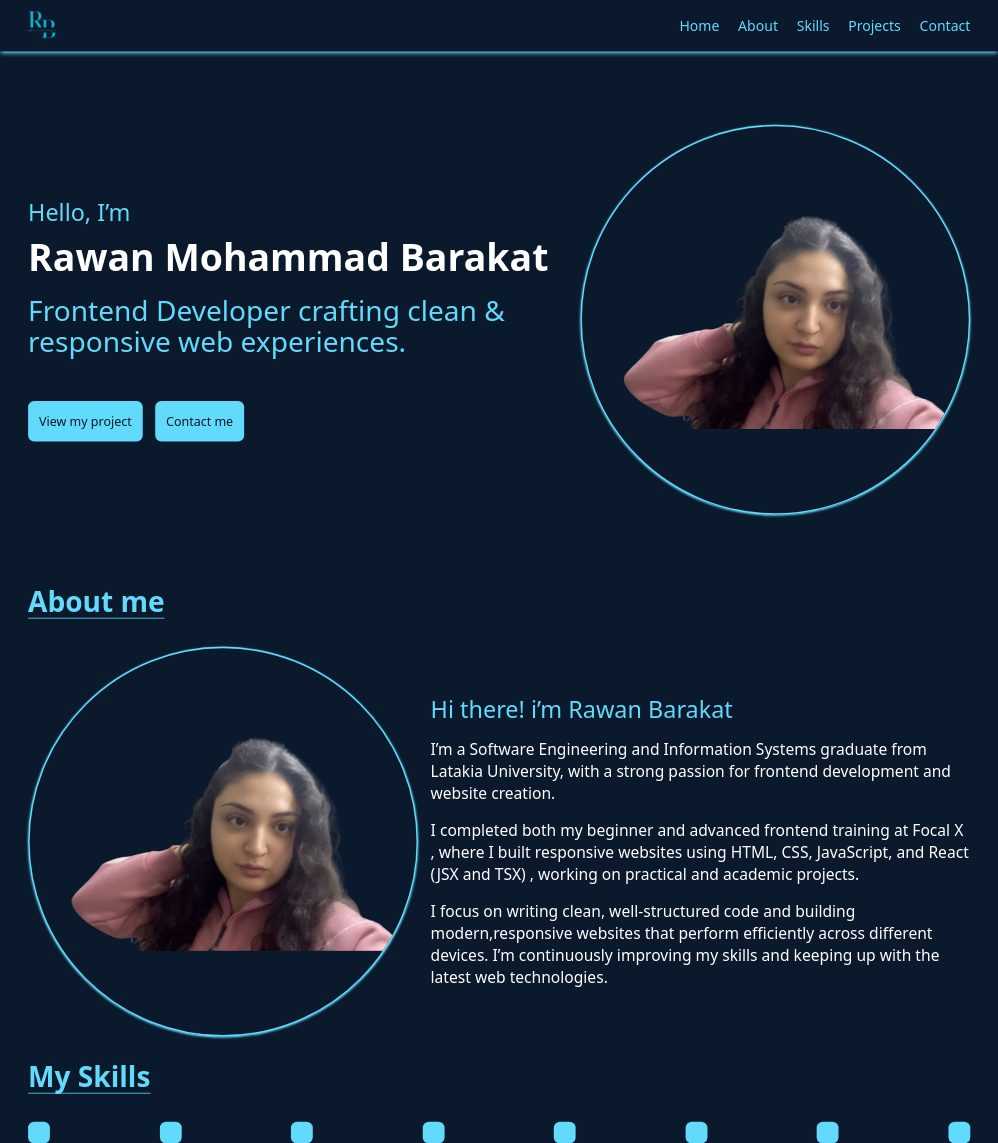
Repository: RawanBarakat-hub/portfolio
Page: /
An editor plug-in stored every save of this project. The page is shown before and after a run of saves, followed by the edit.
The browser window is 1280 px wide. The pictures show the whole page, at 78% of full size.
The project was rebuilt for these pictures with package versions that can differ from the ones it lists, and the page was loaded fresh each time. Also part of the build but not shown: vite.config.ts.

Above is the page before, as saved 2026-02-20 09:18:58.

After the next 12 saves:
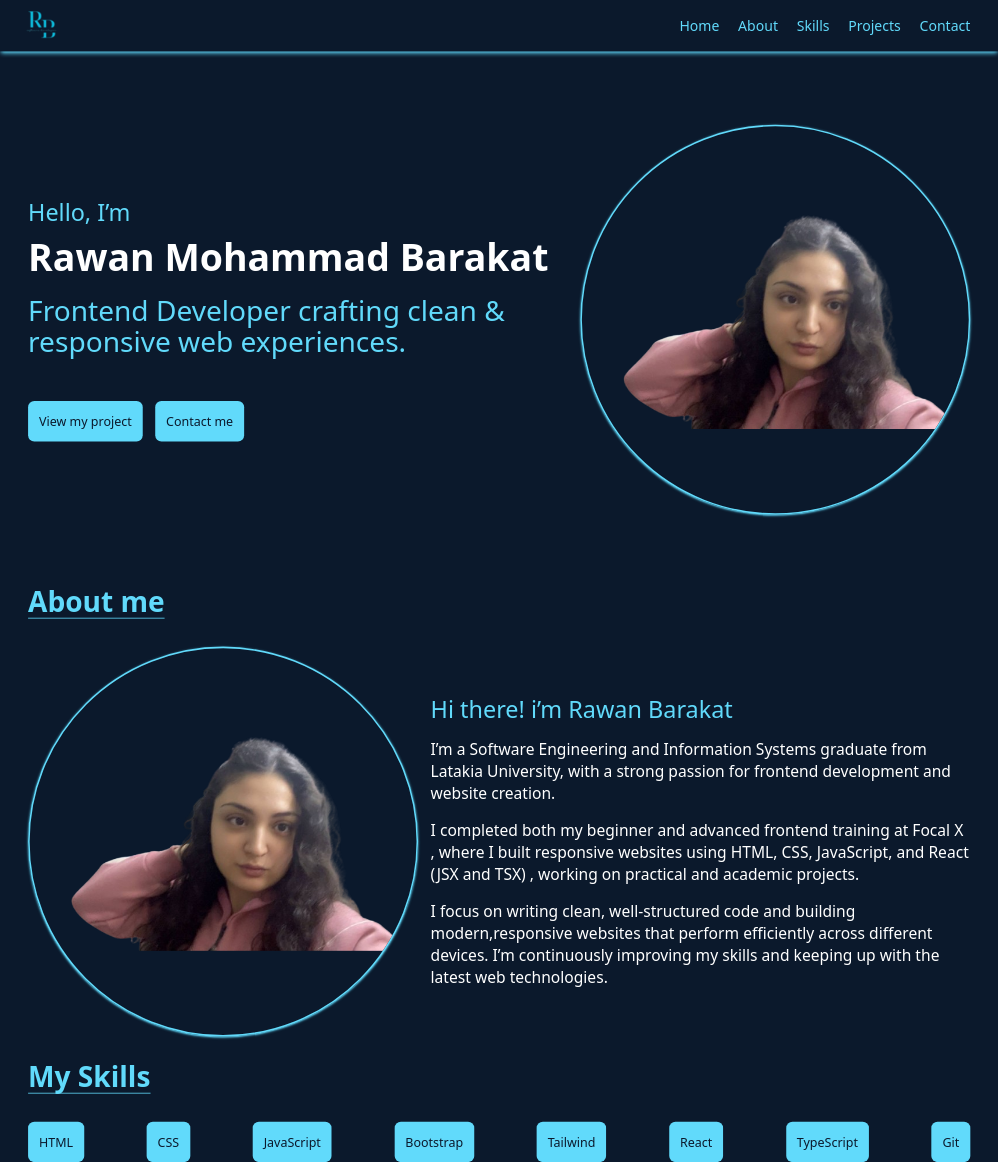
The 12 saves are shown as one change because 3 did not build or start and some came seconds apart.
The last was saved 38 s later.
--- a/src/components/SectionSkills.tsx
+++ b/src/components/SectionSkills.tsx
@@ -10,7 +10,8 @@ const SectionSkills = () => {
             <Container>
                 {
                     skills.map((skill,index)=>{
-                        return <LinkBtn key={index} />
+                        return <LinkBtn key={index} url={skill.link.url}
+                        text={skill.link.text} />
                     })
             }
             </Container>
